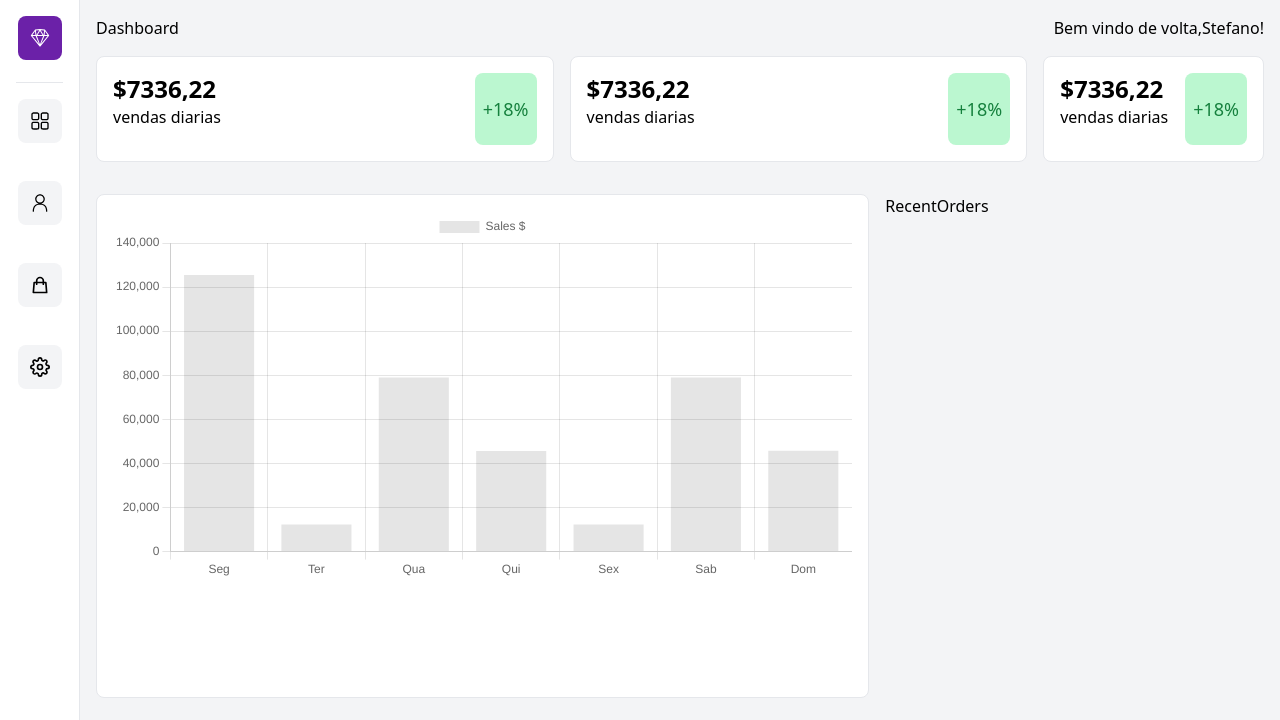
Repository: stefanosousaa/dashboard-next13
Page: /
An editor plug-in stored every save of this project. The page is shown before and after the next save, followed by the edit.
The browser window is 1280 px wide. The pictures show the whole page.
The project was rebuilt for these pictures with package versions that can differ from the ones it lists, and the page was loaded fresh each time. The framework's server and built-in components were replaced by stand-ins that run in the browser. Also part of the build but not shown: next.config.js.

Above is the page before, as saved 2023-05-16 17:51:13.

### pages/_app.js
import Sidebar from '@/components/Sidebar'
import '@/styles/globals.css'

export default function App({ Component, pageProps }) {
  return (
    <Sidebar>
        <Component {...pageProps} />
    </Sidebar>

  )
}

### pages/index.js
import TopCards from '@/components/TopCards';
import Header from '../components/Header';
import Head from 'next/head';
import Image from 'next/image';
import BarChart from '@/components/BarChart';
import RecentOrders from '@/components/RecentOrders';

export default function Home() {
  return (
    <>
      <Head>
        <title>Create Next App</title>
        <meta name="description" content="Generated by create next app" />
        <meta name="viewport" content="width=device-width, initial-scale=1" />
        <link rel="icon" href="/favicon.ico" />
      </Head>

      <main className='bg-gray-100 min-h-screen'>
        <Header/>
        <TopCards/>

        <div className='p-4 grid md:grid-cols-3 grid-col-1 gap-4'>
        <BarChart/>
        <RecentOrders/>
        </div>

      </main>

    </>
  );
};

### components/Sidebar.jsx
import Link from 'next/link'
import Image from 'next/image'
import React from 'react'
import {RxSketchLogo,RxDashboard, RxPerson} from 'react-icons/rx'
import {FiSettings} from 'react-icons/fi'
import {HiOutlineShoppingBag} from 'react-icons/hi'

const Sidebar = ({children}) => {
  return (
    <div className='flex'>
        <div className='fixed w-20 h-screen p-4 bg-white border-r-[1px] flex flex-col justify-between'>
        <div className='flex flex-col items-center'>

          <Link href='/'>
            <div className='bg-purple-800 text-white p-3 rounded-lg inline-block'>
              <RxSketchLogo size={20}/>
            </div>
          </Link>
          <span className='border-b-[1px] border-gray-200 w-full p-2'></span>
          <Link href='/'>
            <div className='bg-gray-100 hover:bg-gray-200 cursor-pointer my-4 p-3 rounded-lg inline-block'>
              <RxDashboard size={20}/>
            </div>
          </Link>
          <Link href='/costumerd'>
            <div className='bg-gray-100 hover:bg-gray-200 cursor-pointer my-4 p-3 rounded-lg inline-block'>
              <RxPerson size={20}/>
            </div>
          </Link>
          <Link href='/orders'>
            <div className='bg-gray-100 hover:bg-gray-200 cursor-pointer my-4 p-3 rounded-lg inline-block'>
              <HiOutlineShoppingBag size={20}/>
            </div>
          </Link>
          <Link href='/'>
            <div className='bg-gray-100 hover:bg-gray-200 cursor-pointer my-4 p-3 rounded-lg inline-block'>
              <FiSettings size={20}/>
            </div>
          </Link>
        </div>
        </div>

        <main className='ml-20 w-full'>{children}</main>
    </div>
  )
}

export default Sidebar

### components/TopCards.jsx
import React from 'react'

const TopCards = () => {
  return (
    <div className='grid lg:grid-cols-5 gap-4 p-4'>
        <div className='lg:col-span-2 col-span-1 bg-white flex justify-between w-full border p-4 rounded-lg'>
           <div className='flex flex-col w-full pb-4'>
            <p className='text-2xl font-bold'>$7336,22</p>
            <p>vendas diarias</p>
        </div>
            <p className='bg-green-200 flex justify-center items-center p-2 rounded-lg'>
                <span className='text-green-700 text-lg'>+18%</span>
            </p>
        </div>
        <div className='lg:col-span-2 col-span-1 bg-white flex justify-between w-full border p-4 rounded-lg'>
           <div className='flex flex-col w-full pb-4'>
           <p className='text-2xl font-bold'>$7336,22</p>
            <p>vendas diarias</p>
           </div>
           <p className='bg-green-200 flex justify-center items-center p-2 rounded-lg'>
                <span className='text-green-700 text-lg'>+18%</span>
            </p>
        </div>
        <div className='bg-white flex justify-between w-full border p-4 rounded-lg'>
           <div className='flex flex-col w-full pb-4'>
           <p className='text-2xl font-bold'>$7336,22</p>
            <p>vendas diarias</p>
           </div>
           <p className='bg-green-200 flex justify-center items-center p-2 rounded-lg'>
                <span className='text-green-700 text-lg'>+18%</span>
            </p>
        </div>
    </div>
  )
}

export default TopCards

### components/Header.jsx
import React from 'react'

const Header = () => {
  return (
    <div className='flex justify-between px-4 pt-4'>
        <h2>Dashboard</h2>
        <h2>Bem vindo de volta,Stefano!</h2>
    </div>
  )
}

export default Header

### components/BarChart.jsx
import React ,{useState,useEffect} from 'react'
import { Bar } from 'react-chartjs-2';
import {
    Chart as ChartJS,
    CategoryScale,
    LinearScale,
    BarElement,
    Title,
    Tooltip,
    Legend
} from 'chart.js';


ChartJS.register(
    CategoryScale,
    LinearScale,
    BarElement,
    Title,
    Tooltip,
    Legend
)

const BarChart = () => {

    const [chartData, setChartData] = useState({
        datasets: [],
    });

    const [chartOptions,setchartOptions] = useState({});

    useEffect(() =>{
     setChartData({
        labels: ['Seg' , 'Ter' , 'Qua' , 'Qui' , 'Sex', 'Sab' , 'Dom'],
        datasets: [
            {
                label : 'Sales $',
                data: [125478,12345,78945,45678,12345,78954,45789],
                borderColor: 'rgb(53,162,235)',
                backGroundColor: 'rgb(53,162,235, 0.4)',
            }
        ]
     })
    },[])

  return (

    <>
    <div className='w-full md:col-span-2 relative lg:h-[70vh] h-[50vh] m-auto p-4 border rounded-lg bg-white'>
        <Bar data={chartData} options={chartOptions}/>
    </div>
    </>

  )
};

export default BarChart

### components/RecentOrders.jsx
import React from 'react'

const RecentOrders = () => {
  return (
    <div>RecentOrders</div>
  )
}

export default RecentOrders

Loaded but not shown: pages/_document.js (common file); styles/globals.css (common file); tailwind.config.js (common file)

After the next save:
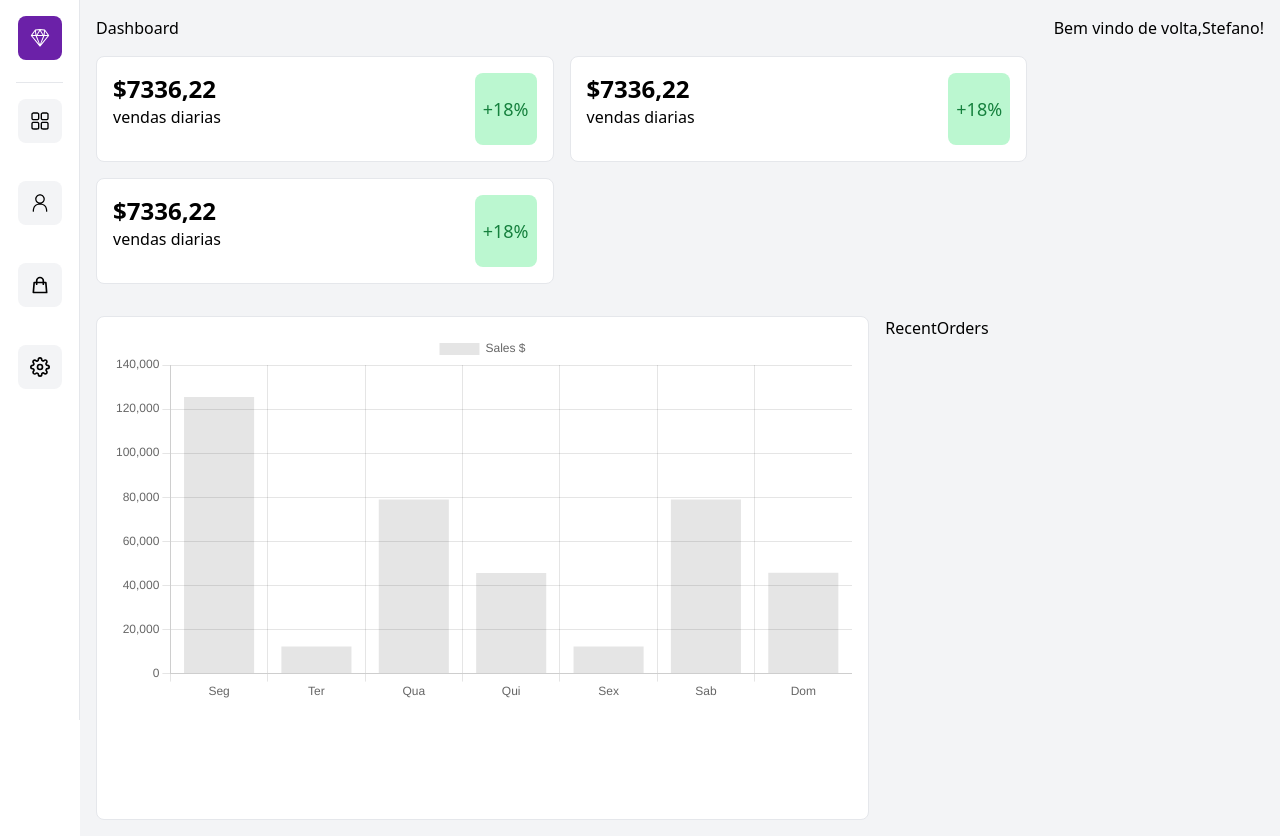
Saved 39 s later.
--- a/components/TopCards.jsx
+++ b/components/TopCards.jsx
@@ -21,7 +21,7 @@
                 <span className='text-green-700 text-lg'>+18%</span>
             </p>
         </div>
-        <div className='bg-white flex justify-between w-full border p-4 rounded-lg'>
+        <div className='lg:col-span-2 col-span-1 bg-white flex justify-between w-full border p-4 rounded-lg'>
            <div className='flex flex-col w-full pb-4'>
            <p className='text-2xl font-bold'>$7336,22</p>
             <p>vendas diarias</p>

After the save that followed:
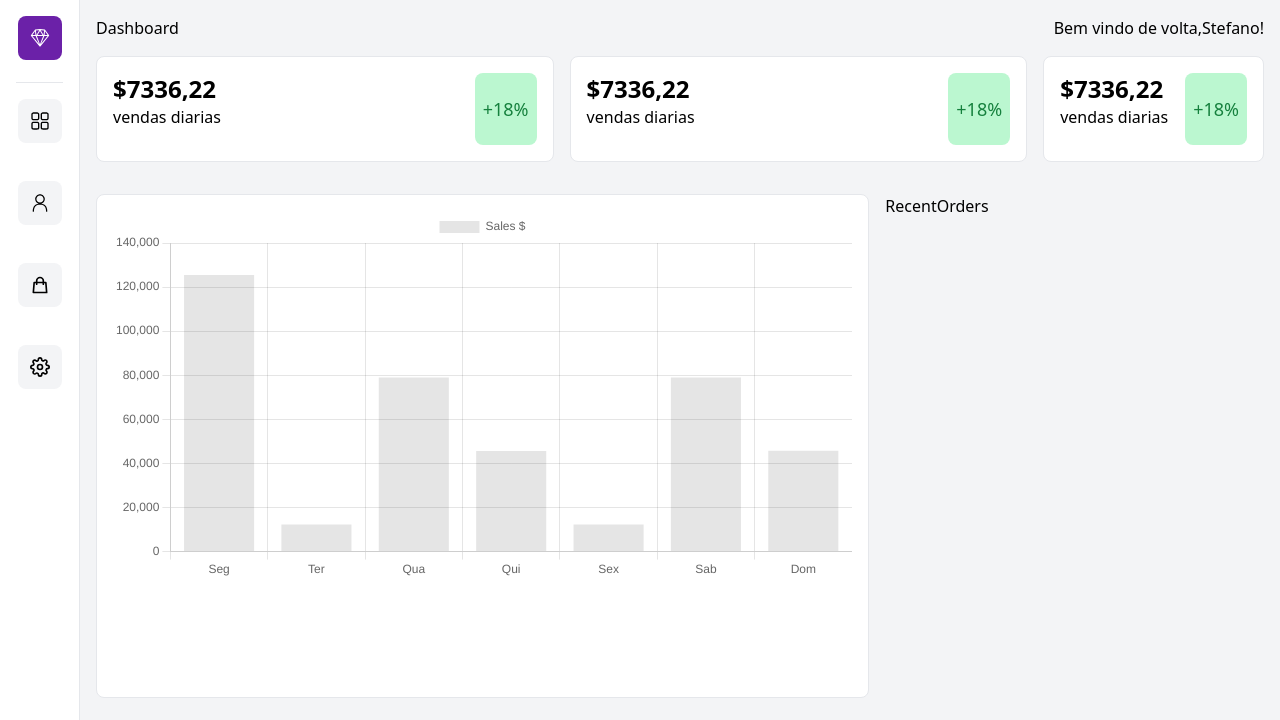
Saved 43 s later.
--- a/components/TopCards.jsx
+++ b/components/TopCards.jsx
@@ -21,7 +21,7 @@
                 <span className='text-green-700 text-lg'>+18%</span>
             </p>
         </div>
-        <div className='lg:col-span-2 col-span-1 bg-white flex justify-between w-full border p-4 rounded-lg'>
+        <div className='bg-white flex justify-between w-full border p-4 rounded-lg'>
            <div className='flex flex-col w-full pb-4'>
            <p className='text-2xl font-bold'>$7336,22</p>
             <p>vendas diarias</p>
